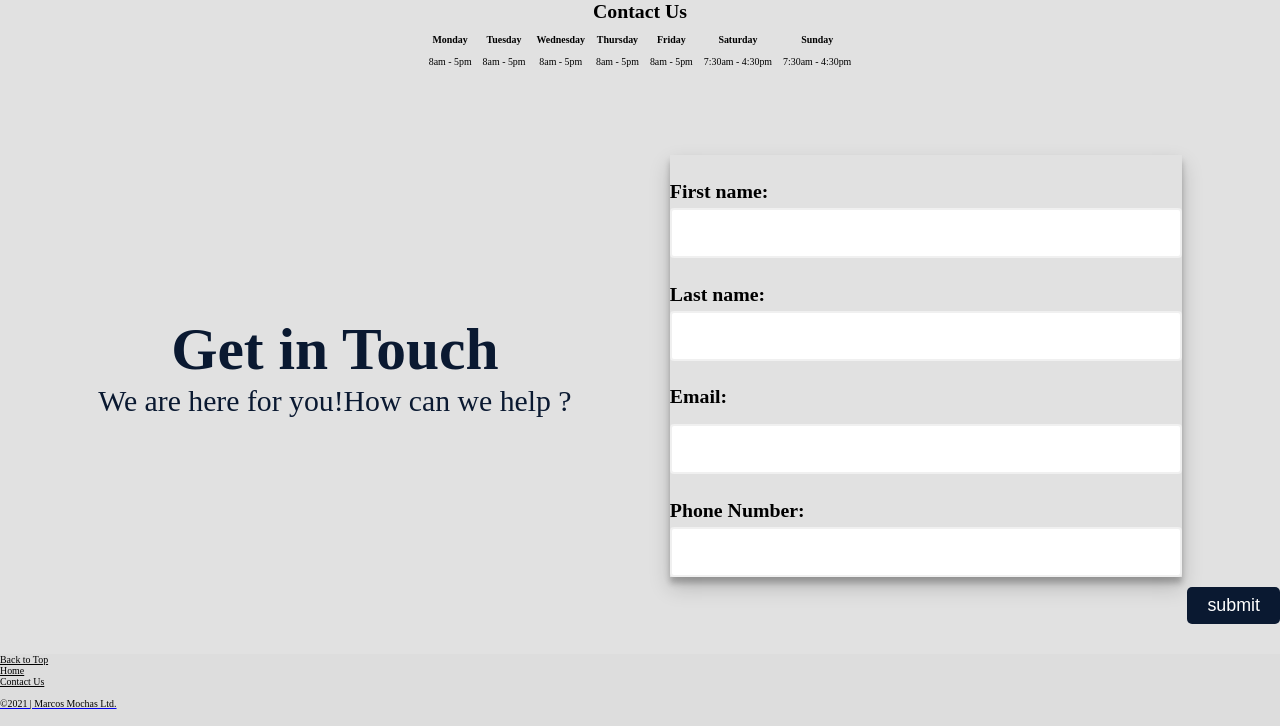
Repository: CAMPSLOPY/marcos-mochas
Page: HTML/contact.html
An editor plug-in stored every save of this project. The page is shown before and after a run of saves, followed by the edit.
The browser window is 1280 px wide. The pictures show the whole page.

Above is the page before, as saved 2021-07-02 19:25:40.

### HTML/contact.html
<!DOCTYPE html>
<html lang="en">
<head>
    <meta charset="UTF-8">
    <meta http-equiv="X-UA-Compatible" content="IE=edge">
    <meta name="viewport" content="width=device-width, initial-scale=1.0">
    <meta name="robots" content="index,follow" />
    <meta
      name="description"
      content=""
    />
    <link rel="stylesheet" href="/CSS/contact.css">
    <title>Contact Us</title>
</head>
<body>
    <header >
        <!--page hours title-->
        <h1  class="header-tex">Contact Us</h1>



    <div class="header-table-content">


        <!--Page hours and contact form-->
        <table cellspacing="11">
        <tr>
            <th>Monday</th>
            <th>Tuesday</th>
            <th>Wednesday</th>
            <th>Thursday</th>
            <th>Friday</th>
            <th>Saturday</th>
            <th>Sunday</th>
        </tr>
        <tr>
            <td>8am - 5pm</td>
            <td>8am - 5pm</td>
            <td>8am - 5pm</td>
            <td>8am - 5pm</td>
            <td>8am - 5pm</td>
            <td>7:30am - 4:30pm</td>
            <td>7:30am - 4:30pm</td>
        </tr>
        </table>
    </div>
</header>


<main>
<div class="form-content">
    <div class="form-content-text">
    <h1>Get in Touch</h1>
    <p>We are here for you!How can we help ?</p>
    </div>

    <!--Hours table start here-->

        <!--Form starts here-->
        <!-- i wrapped the form inside a div content so that we can give it freedo
        when styling -->

            <form class="contact-form" action="">


                <div class="form-control">
                    <!--first name input/required-->
                    <label for="fname">First name:</label>
                    <input type="text" id="fname" name="fname" value="" required>
                </div>
               <div class="form-control">
                 <!--last name input/required-->
                 <label for="lname">Last name:</label>
                 <input type="text" id="lname" name="lname" value="" required>
               </div>

               <div class="form-control">
                  <!--email address input/required-->
                  <label for="email">Email:</label><br>
                  <input type="text" id="email" name="Email" value="" required>
               </div>

               <div class="form-control">
                   <!--Phone number input/not required-->
                <label for="Phone">Phone Number:</label>
                <input type="text" id="phone" name="Phone" value="">
               </div>

                <!--Submit button-->
                <button class="btn" type="submit">submit</button>
                      </form>
        </div>

    </main>

    <!--page navi links & copyright-->
    <footer>
        <div class="contact-footer">
        <ul>
            <!-- IDEA: img / just text for our "logo" -->
            <li><a href="#top">Back to Top</a></li>
            <li><a href="/HTML/Index.html">Home</a></li>
            <li><a href="/HTML/contact.html">Contact Us</la></li>
        </ul>
        </div>
        <br>
        <!--Copyright class -->
        <div class="copyright">
            <p>&copy;2021 | Marcos Mochas Ltd.</p>
        </div>
    </footer>
</body>
</html>

### CSS/contact.css

/* universal styling of the contact page */
* {
    margin: 0;
    padding: 0;
    box-sizing: border-box;
}

body{
    min-height: 100vh;
    background: #dddd;
}

html{
    font-size: 62%;
}

footer{
    min-height: 10vh;
    background: #dddd;
}

footer ul li a{
    color: black;
}

header{
    text-align: center;
    min-height: 10vh;

}
.header-table-content{
    display: flex;
    flex-direction: column;
    align-items: center;
    justify-content: center;
}

/* styling the Form */

.form-content{
   text-align: center;
   display: flex;
   min-height: 80vh;
justify-content: space-evenly;
align-items: center;


}

.form-content-text{
    font-size: 3rem;
    color: #0A1931;
}
.contact-form{
    width: 40%;
    heigh
    position: relative;
    box-shadow: 0 10px 20px rgba(0,0,0,0.19), 0 6px 6px rgba(0,0,0,0.23);
}
.form-control{
    margin-top: 2rem;
    position: relative;

}

.form-control label{
  font-size: 2rem;
  display: block;
  text-align: left;
  font-weight: bold;
  padding: 5px 0px;
}
.form-control input{
    border: 2px solid #f0f0f0;
    border-radius: 4px;
    display: block;
    width: 100%;
    font-size: 14px;
    padding: 15px;
    outline: none;
}

.btn{
    padding: 8px 20px;
    cursor: pointer;
    position: absolute;
    right: 0;
    outline: none;
    border: none;
    background-color: #0A1931;
    color: #fff;
    margin-top: 1rem;
    border-radius: 5px;
    font-size: 1.8rem;
}

/* styling for hours table */

table {

}


/*Footer css code*/

/*The links at the bottom of the footer shouldnt be stacked up and placed at the bottom of the page*/

.contact-footer {

    color: black;
}

.copyright {
    color: black;
}

After the next 2 saves:
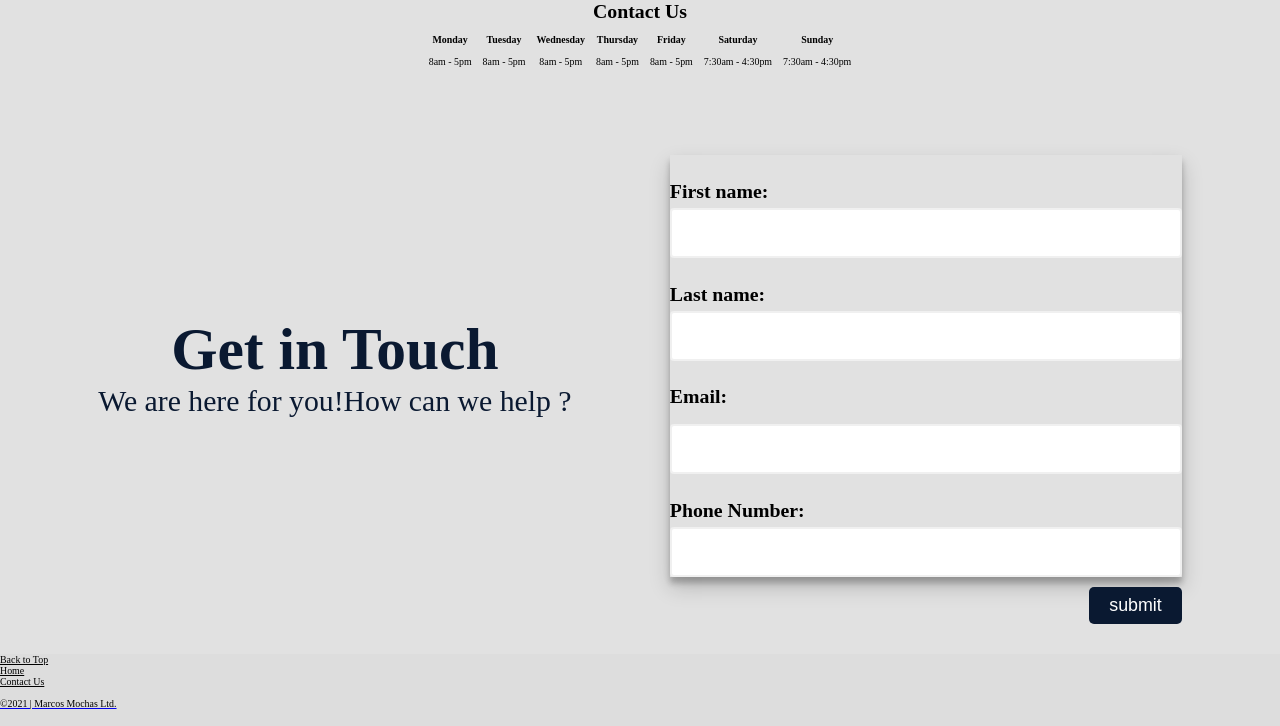
The 2 saves are shown as one change because they came seconds apart.
The last was saved 9 s later.
--- a/CSS/contact.css
+++ b/CSS/contact.css
@@ -54,7 +54,7 @@ align-items: center;
 }
 .contact-form{
     width: 40%;
-    heigh
+    height: 100%;
     position: relative;
     box-shadow: 0 10px 20px rgba(0,0,0,0.19), 0 6px 6px rgba(0,0,0,0.23);
 }
